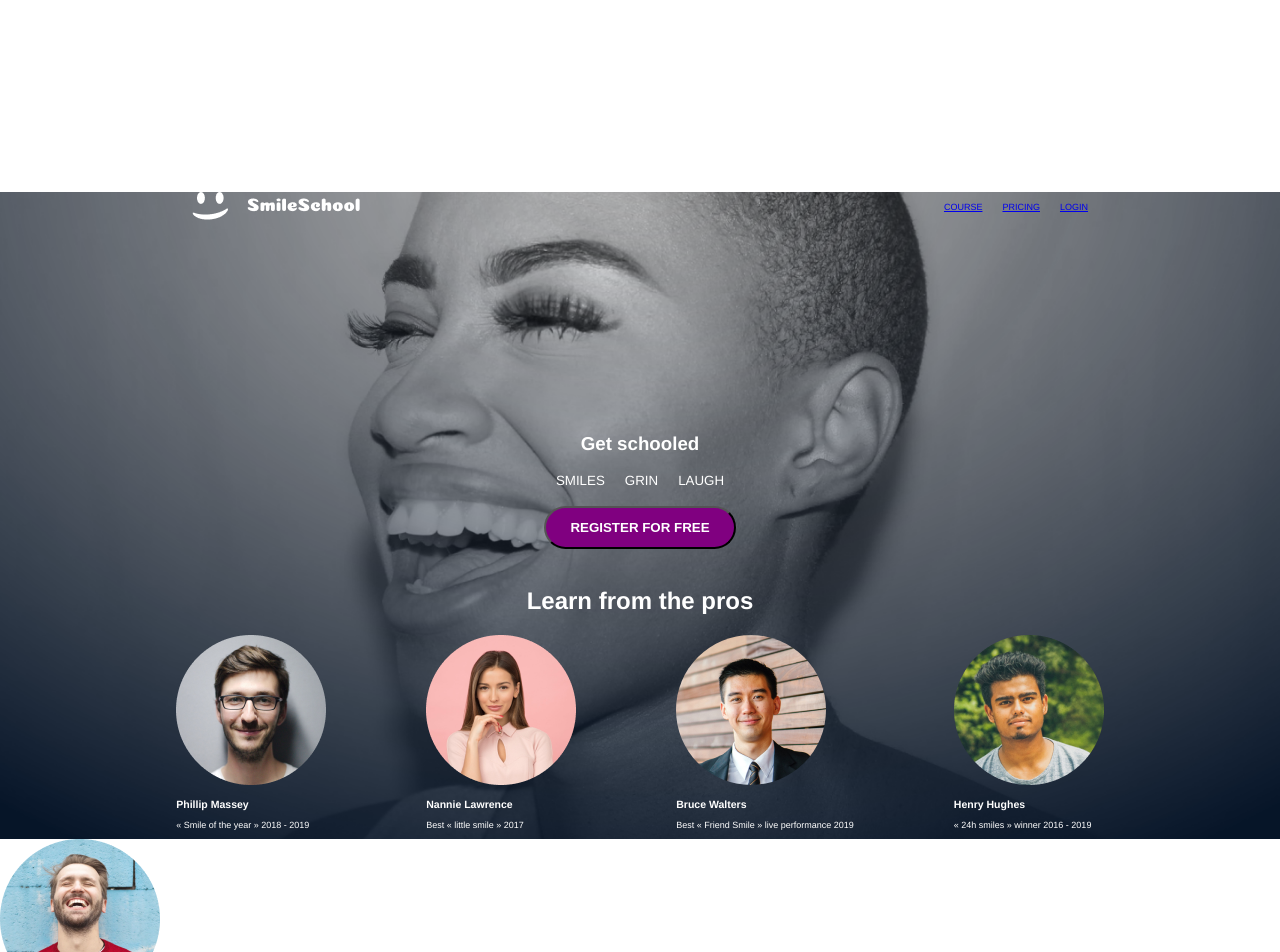
Repository: mwihakiann/alx_html_css
Page: css_advanced/index.html
An editor plug-in stored every save of this project. The page is shown before and after the next save, followed by the edit.
The browser window is 1280 px wide. The pictures show the part of the page from y = 0 to 952 px (the page is 3692 px tall before and 4262 px after).
A picture or video elsewhere on the page could not be fetched, so the positions and the page height are approximate. Some web libraries are served in a nearby version.

Above is the page before, as saved 2025-09-28 18:45:21.

### css_advanced/index.html
<!DOCTYPE html>
<html lang="en">
<head>
  <meta charset="UTF-8">
  <meta name="viewport" content="width=device-width, initial-scale=1.0">
  <script src="https://kit.fontawesome.com/4a2b055604.js" crossorigin="anonymous"></script>
  <title>Document</title>
  <link rel="stylesheet" href="styles.css">
</head>
<body>
    <section class="first-page">
  <header>
    <nav>
      <img src="./images/logo.png" alt="logo">
      <ul>
        <li><a href="#">COURSE</a></li>
        <li><a href="#">PRICING</a></li>
        <li><a href="#">LOGIN</a></li>
      </ul>
    </nav>
  </header>

  <main>
    <section>
      <div class="intro">
        <h1 class="school">Get schooled</h1>
        <div class="horizontal-stack">
        <span>SMILES</span>
        <span>GRIN</span>
        <span>LAUGH</span>
        </div>
        <br>
        <button class="register">REGISTER FOR FREE</button>
      </div>
      <br>
      <div class="learn-from-pros">
        <h2>Learn from the pros</h2>
        <div class="pros">
          <div>
            <img src="./images/1.png" alt="">
            <h3>Phillip Massey</h3>
            <p>« Smile of the year » 2018 - 2019</p>
          </div>
          <div>
            <img src="./images/3.png" alt="">
            <h3>Nannie Lawrence</h3>
            <p>Best « little smile » 2017</p>
          </div>
          <div>
            <img src="./images/2.png" alt="" class="bruce">
            <h3>Bruce Walters</h3>
            <p>Best « Friend Smile » live performance 2019</p>
          </div>
          <div>
            <img src="./images/4.png" alt="">
            <h3>Henry Hughes</h3>
            <p>« 24h smiles » winner 2016 - 2019</p>
          </div>
        </div>
      </div>
    </section>
</section>

    <section>
      <div>
        <img src="./images/5.png" alt="image">
      </div>
      <div>
        <blockquote>« Those tutorials are concise and go straight to the point. I can’t think of a better place to learn smiling. And it’s so fun!</blockquote>
        <h3>NAME</h3>
        <p>weather presenter</p>
      </div>
    </section>

    <section>
      <h2>Most popular tutorials</h2>

      <div class="tutorial-card">
        <img src="./images/9.png" alt="Diagonal Smile">
        <img src="./images/play.png" alt="play button" class="play-btn">
        <h3>Diagonal Smile</h3>
        <p>Lorem ipsum dolor sit amet, consect adipiscing elit, sed do eiusmod.</p>
        <div>
          <img src="./images/1 (3).png" alt="">
          <h4>Phillip Massey</h4>
        </div>
        <div>
          <div><i class="fa-solid fa-star"></i></div>
          <div><i class="fa-solid fa-star"></i></div>
          <div><i class="fa-solid fa-star"></i></div>
          <div><i class="fa-solid fa-star"></i></div>
          <div><i class="fa-solid fa-star"></i></div>
        </div>
        <p>8 min</p>
      </div>

      <div class="tutorial-card">
        <img src="./images/6.png" alt="Happy Smile">
        <img src="./images/play.png" alt="play button" class="play-btn">
        <h3>Happy Smile</h3>
        <p>Lorem ipsum dolor sit amet, consect adipiscing elit, sed do eiusmod.</p>
        <div>
          <img src="./images/1 (3).png" alt="">
          <h4>Phillip Massey</h4>
        </div>
        <div>
          <div><i class="fa-solid fa-star"></i></div>
          <div><i class="fa-solid fa-star"></i></div>
          <div><i class="fa-solid fa-star"></i></div>
          <div><i class="fa-solid fa-star"></i></div>
          <div><i class="fa-solid fa-star"></i></div>
        </div>
        <p>8 min</p>
      </div>

      <div class="tutorial-card">
        <img src="./images/8.png" alt="Natural Smile">
        <img src="./images/play.png" alt="play button" class="play-btn">
        <h3>Natural Smile</h3>
        <p>Lorem ipsum dolor sit amet, consect adipiscing elit, sed do eiusmod.</p>
        <div>
          <img src="./images/1.png" alt="">
          <h4>Phillip Massey</h4>
        </div>
        <div>
          <div><i class="fa-solid fa-star"></i></div>
          <div><i class="fa-solid fa-star"></i></div>
          <div><i class="fa-solid fa-star"></i></div>
          <div><i class="fa-solid fa-star"></i></div>
          <div><i class="fa-solid fa-star"></i></div>
        </div>
        <p>8 min</p>
      </div>

      <div class="tutorial-card">
        <img src="./images/7.png" alt="Sad Smile">
        <img src="./images/play.png" alt="play button" class="play-btn">
        <h3>Sad Smile</h3>
        <p>Lorem ipsum dolor sit amet, consect adipiscing elit, sed do eiusmod.</p>
        <div>
          <img src="./images/1.png" alt="">
          <h4>Phillip Massey</h4>
        </div>
        <div>
          <div><i class="fa-solid fa-star"></i></div>
          <div><i class="fa-solid fa-star"></i></div>
          <div><i class="fa-solid fa-star"></i></div>
          <div><i class="fa-solid fa-star"></i></div>
          <div><i class="fa-solid fa-star"></i></div>
        </div>
        <p>8 min</p>
      </div>
    </section>

    <section>
      <h2>Free membership</h2>
      <div>
        <img src="./images/smile.png" alt="">
        <h3>Lorem Ipsum</h3>
        <p>Lorem ipsum dolor sit amet, consectetur adipiscing elit.</p>
      </div>
      <div>
        <img src="./images/smile.png" alt="">
        <h3>Lorem Ipsum</h3>
        <p>Lorem ipsum dolor sit amet, consectetur adipiscing elit.</p>
      </div>
      <div>
        <img src="./images/smile.png" alt="">
        <h3>Lorem Ipsum</h3>
        <p>Lorem ipsum dolor sit amet, consectetur adipiscing elit.</p>
      </div>
      <div>
        <img src="./images/smile.png" alt="">
        <h3>Lorem Ipsum</h3>
        <p>Lorem ipsum dolor sit amet, consectetur adipiscing elit.</p>
      </div>
      <button>REGISTER FOR FREE</button>
    </section>

    <section>
      <h2>F.A.Q</h2>
      <div>
        <div>
          <div>
            <h3>How does this work?</h3>
          </div>
          <div>
            Lorem ipsum dolor sit amet, consectetur adipiscing elit, sed do eiusmod tempor incididunt ut labore et dolore magna aliqua.
          </div>

          <div>
            <h3>How does this work?</h3>
          </div>
          <div>
            Lorem ipsum dolor sit amet, consectetur adipiscing elit, sed do eiusmod tempor incididunt ut labore et dolore magna aliqua.
          </div>
        </div>
        <div>
          <div>
            <h3>How does this work?</h3>
          </div>
          <div>
            Lorem ipsum dolor sit amet, consectetur adipiscing elit, sed do eiusmod tempor incididunt ut labore et dolore magna aliqua.
          </div>
          <div>
            <h3>How does this work?</h3>
          </div>
          <div>
            Lorem ipsum dolor sit amet, consectetur adipiscing elit, sed do eiusmod tempor incididunt ut labore et dolore magna aliqua.
          </div>
        </div>
      </div>
    </section>
  </main>

  <footer>
    <section>
      <div>
        <img src="./images/logo.png" alt="logo">
        <div>
          <i class="fa-brands fa-facebook"></i>
          <i class="fa-brands fa-twitter"></i>
          <i class="fa-brands fa-instagram"></i>
        </div>
      </div>
      <p>©smileschool 2020</p>
    </section>
  </footer>
</body>
</html>

### css_advanced/styles.css
body{
    color: white;
    margin: 0;
    padding: 0;
    font-family: 'Franklin Gothic Medium', 'Arial Narrow', Arial, sans-serif;
}
nav ul{
    display: flex;
    gap: 20px;
    list-style: none;
    color: white;
    text-decoration: none;
}
nav{
    display: flex;
    justify-content: space-between;
    align-items: center;
    margin: 15%;
    font-size: xx-small;
}
.first-page{
    background-image: url(./images/Object.png);
    background-size: cover;
    background-position: center;
    color: white;
}
.intro{
    display: flex;
    flex-direction: column;
    justify-content: center;
    align-items: center;
}
.school{
    font-size: ;200px;
    font-weight: 700;
}
.register{
    background-color: purple;
    color: white;
    padding: 12px 24px;
    border-radius: 25px;
    font-weight: bold;
}
.learn-from-pros{
    display: flex;
    flex-direction: column;
    justify-content: center;
    align-items: center;
    font-size: medium;
}
.pros{
    display: flex;
    font-size:xx-small;
    gap: 100px;
}
.bruce{
    width: 150px;
    height: 150px;
    border-radius: 50%;
    object-fit: cover;
}
.horizontal-stack{
   display: flex;
    gap: 20px;
    font-size: smaller;
}
.tutorial-card {
    position: relative;
    display: inline-block;
    margin: 20px;
  }

  .tutorial-card img {
    display: block;
  }

  .tutorial-card .play-btn {
    position: absolute;
    top: 50px;
    left: 50%;
    transform: translateX(-50 -50%);
    width: 50px;
    height: 50px;
    pointer-events: none;
  }

After the next save:
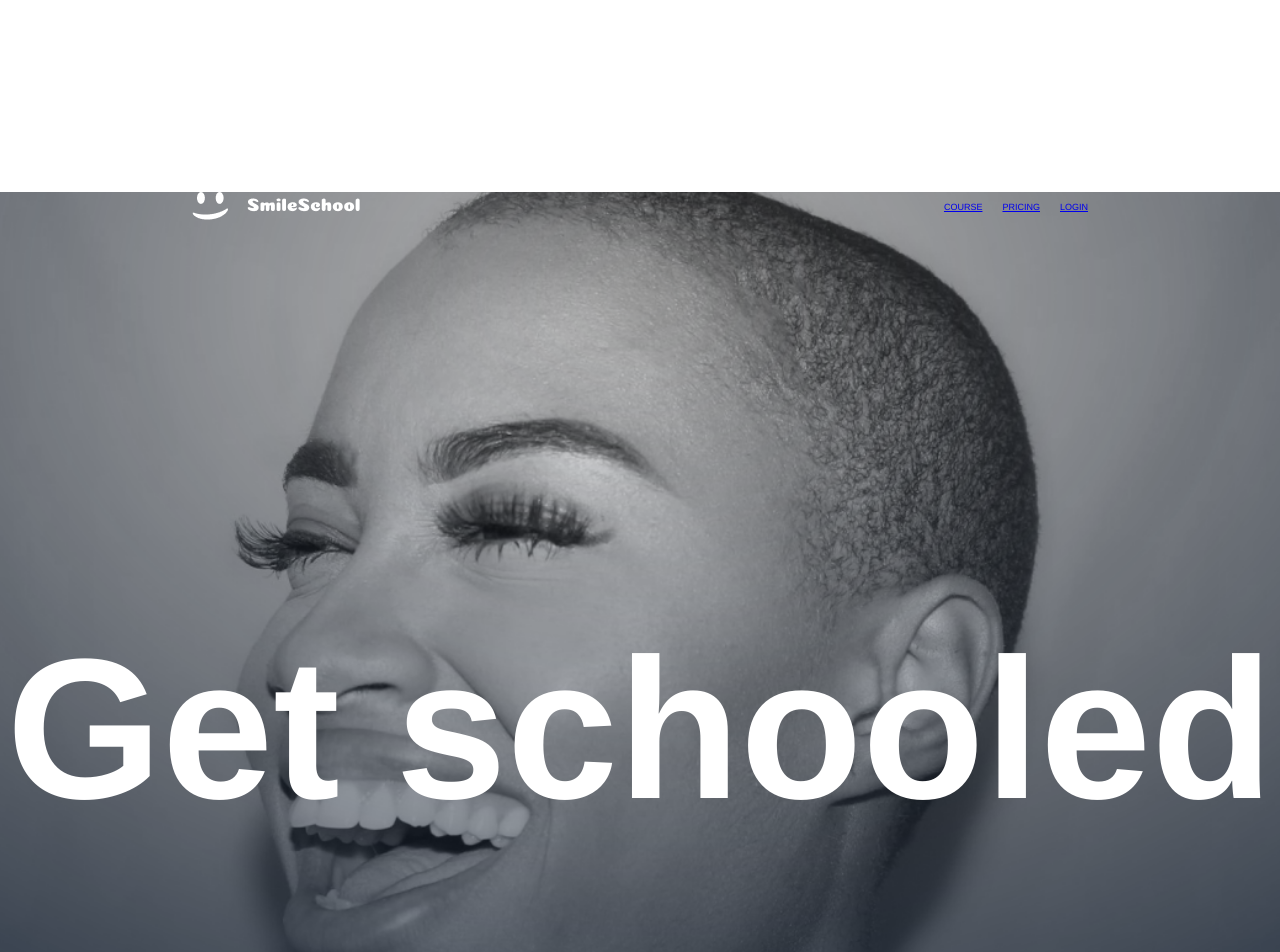
Saved 4 s later.
--- a/css_advanced/styles.css
+++ b/css_advanced/styles.css
@@ -31,7 +31,7 @@ nav{
     align-items: center;
 }
 .school{
-    font-size: ;200px;
+    font-size: 200px;
     font-weight: 700;
 }
 .register{
